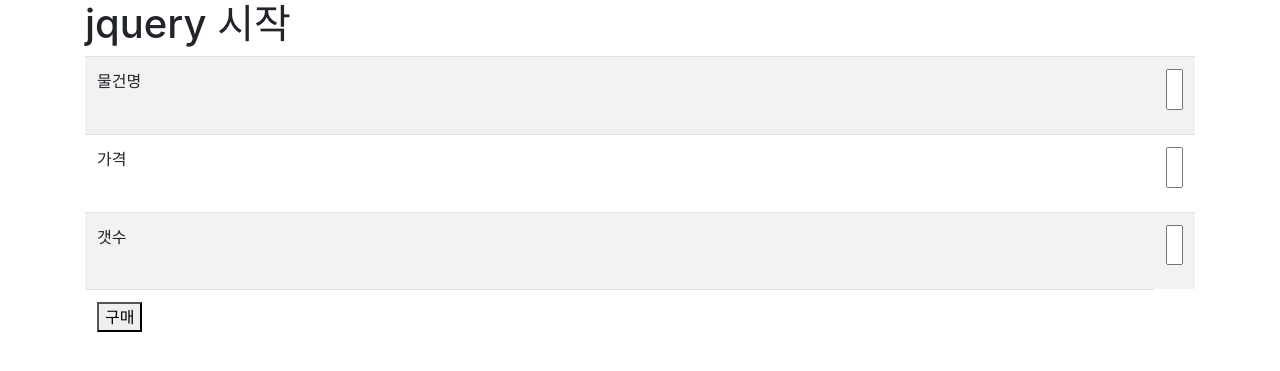
Repository: chanjungkim/vue_hrd
Page: vueexp/WebContent/a04_event/a02_buyProduct.html
These files come from the project's save history. The page is drawn as it stood at one moment and after the next save; the edit follows.
The browser window is 1280 px wide. The pictures show the whole page.

Above is the page before, as saved 2019-09-21 02:09:47.

After the next save:
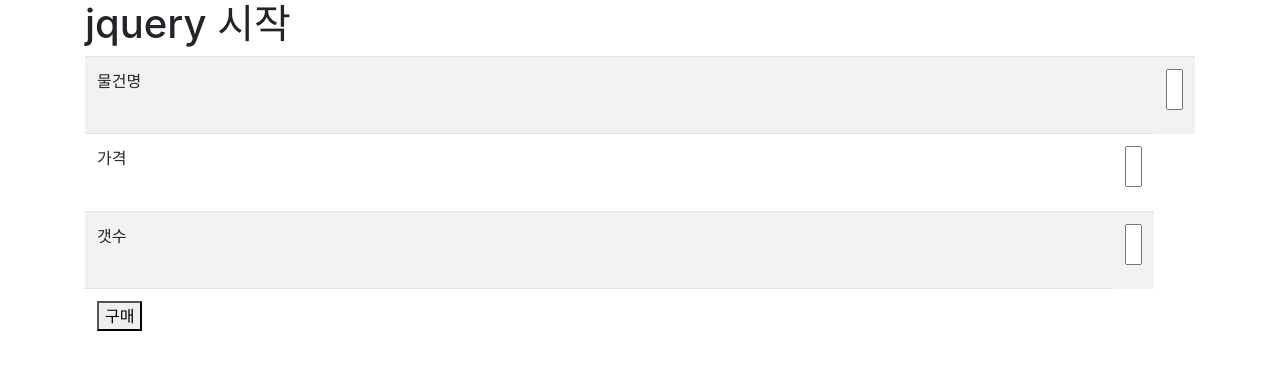
Saved 9 s later.
--- a/vueexp/WebContent/a04_event/a02_buyProduct.html
+++ b/vueexp/WebContent/a04_event/a02_buyProduct.html
@@ -38,8 +38,8 @@ input[type="text"], label {
 		<table class="table table-hover table-striped">
 			<col width="100%">
 			<tr>
-				<td colspan="1">물건명</td>
-				<td colspan="1"><input type="text" placeholder="입력하세요..."/></td>
+				<td colspan="50">물건명</td>
+				<td colspan="50"><input type="text" placeholder="입력하세요..."/></td>
 			</tr>
 			<tr>
 				<td>가격</td>
